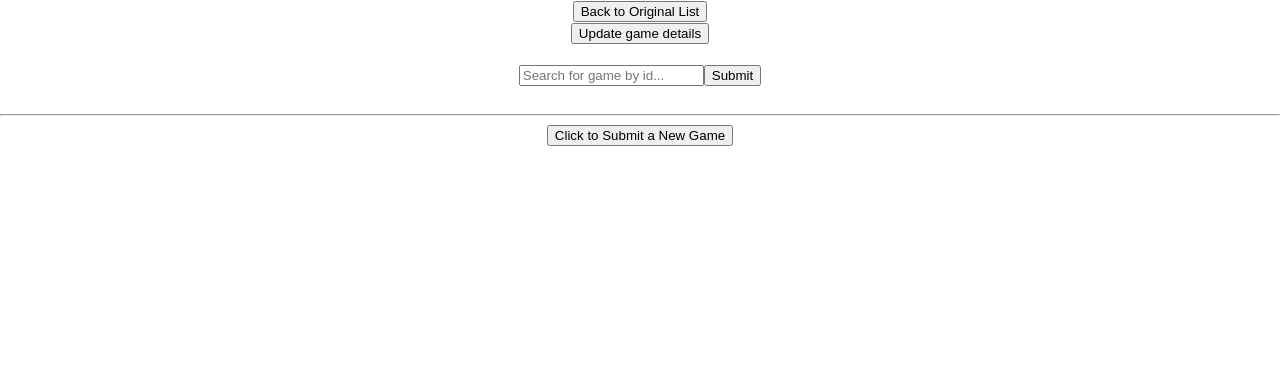
Repository: The-Software-Guild/assessment-2-react-nj10deadend
Page: / (app in Part-2/React-section/frontend/)
The author's editor kept a copy of each file at every save. The page is drawn from the files as they stood at one save, then again after the next save.
The browser window is 1280 px wide. The pictures show the whole page.
The page's requests for data from a server got no answer. The project was rebuilt for these pictures with package versions that can differ from the ones it lists, and the page was loaded fresh each time. No one was signed in, and anything a server would have sent is missing. Also part of the build but not shown: Part-2/React-section/frontend/src/components/GameCards.js.

Above is the page before, as saved 2021-12-19 15:15:38.

### Part-2/React-section/frontend/public/index.html
<!DOCTYPE html>
<html lang="en">
  <head>
    <meta charset="utf-8" />
    <link rel="icon" href="%PUBLIC_URL%/favicon.ico" />
    <meta name="viewport" content="width=device-width, initial-scale=1" />
    <meta name="theme-color" content="#000000" />
    <meta name="viewport" content="initial-scale=1, width=device-width" />
    <meta
      name="description"
      content="Web site created using create-react-app"
    />
    <link rel="apple-touch-icon" href="%PUBLIC_URL%/logo192.png" />
    <!--
      manifest.json provides metadata used when your web app is installed on a
      user's mobile device or desktop. See https://developers.google.com/web/fundamentals/web-app-manifest/
    -->
    <link rel="manifest" href="%PUBLIC_URL%/manifest.json" />
    <!--
      Notice the use of %PUBLIC_URL% in the tags above.
      It will be replaced with the URL of the `public` folder during the build.
      Only files inside the `public` folder can be referenced from the HTML.

      Unlike "/favicon.ico" or "favicon.ico", "%PUBLIC_URL%/favicon.ico" will
      work correctly both with client-side routing and a non-root public URL.
      Learn how to configure a non-root public URL by running `npm run build`.
    -->
    <link
      rel="stylesheet"
      href="https://fonts.googleapis.com/css?family=Roboto:300,400,500,700&display=swap"
    />
    <title>React App</title>
  </head>
  <body>
    <noscript>You need to enable JavaScript to run this app.</noscript>
    <div id="root"></div>
    <!--
      This HTML file is a template.
      If you open it directly in the browser, you will see an empty page.

      You can add webfonts, meta tags, or analytics to this file.
      The build step will place the bundled scripts into the <body> tag.

      To begin the development, run `npm start` or `yarn start`.
      To create a production bundle, use `npm run build` or `yarn build`.
    -->
  </body>
</html>

### Part-2/React-section/frontend/src/index.css
body {
  margin: 0;
  font-family: -apple-system, BlinkMacSystemFont, 'Segoe UI', 'Roboto', 'Oxygen',
    'Ubuntu', 'Cantarell', 'Fira Sans', 'Droid Sans', 'Helvetica Neue',
    sans-serif;
  -webkit-font-smoothing: antialiased;
  -moz-osx-font-smoothing: grayscale;
}

code {
  font-family: source-code-pro, Menlo, Monaco, Consolas, 'Courier New',
    monospace;
}

.imgs {
  height: 250px;
  width: 250px;
}

### Part-2/React-section/frontend/src/App.js
import './App.css';
import Home from './components/Home';
import AddGameForm from './components/AddGameForm';
import GameSearch from './components/GameSearch';
import UpdateGame from './components/UpdateGame';
import axios from 'axios';
import {useState, useEffect} from 'react';

// import Container from '@mui/material/Container';
// import Button from '@mui/material/Button';
// import Typography from '@mui/material/Typography';

function App() {

  const [gameData, setGameData] = useState([]);

  function getFetchGameServer () {
    axios.get(`http://localhost:8080/allGames`)
      .then(res => {
        setGameData(res.data)
      })

  }

  useEffect(getFetchGameServer, []);

  return (
    <div className="App">
      <button onClick={getFetchGameServer}>Back to Original List</button>
      <UpdateGame getFetchGameServer={getFetchGameServer}/>
      <br></br>
      <GameSearch setGameData={setGameData}/>
      <br></br>
      <hr></hr>
      <AddGameForm setGameData={setGameData}/>

      <Home gameData={gameData}/>

    </div>
  );
}

export default App;

### Part-2/React-section/frontend/src/components/Home.js
import GameCards from "./GameCards";


function Home ({gameData}) {

    const renderGameData = gameData.map(eachGame => {
        console.log(eachGame._id);
        return (
            <GameCards key={eachGame._id} eachGame={eachGame} />
        )
    })
    return (
        <div>
            {renderGameData}

        </div>
    )
}

export default Home;

### Part-2/React-section/frontend/src/components/AddGameForm.js
import {useState, useEffect} from 'react';
import axios from 'axios';

function AddGameForm ({setGameData}) {

    const [clicked, setClicked] = useState(false);
    const [submitted, setSubmitted] = useState(false);
    const [name, setName] = useState("");
    const [img, setImg] = useState("");
    const [crossPlatform, setCrossPlatform] = useState(false);
    const [price, setPrice] = useState(0);
    const [genres, setGenres] = useState(["", "", ""]);
    const buttonText = clicked ? "Hide Submission Form" : "Click to Submit a New Game"

    function postRequest() {
        return axios.post('http://localhost:8080/allGames', {
            name: name,
            img: img,
            cross_platform: crossPlatform,
            price: price,
            genres: genres
        })
        .then(function (response) {
            console.log(response);
            return response.data;
        })
        .catch(function (error) {
            console.log(error);
            return null;
        });
    }

    async function onSubmit(event) {
        event.preventDefault();
        setName("");
        setImg("");
        setCrossPlatform("");
        setPrice("");
        setGenres(["", "", ""]);
        const newGame = await postRequest();
        console.log(newGame);
        setGameData((oldInfo)=> {
            console.log(oldInfo)
            return [...oldInfo, newGame]
        })
    }

    return (
        <div>
            <button onClick={() => {setClicked(!clicked)}}>{buttonText}</button>
            {clicked && (
                <form onSubmit={onSubmit}>
                    <div>
                        <label for="name">Name</label>
                        <br></br>
                        <input type="text" name="name" placeholder="Enter name" id="name"
                        value={name} onChange={(event) => {setName(event.target.value)}}/>
                    </div>
                    <div>
                        <label for="img">Image Url</label>
                        <br></br>
                        <input type="text" name="img" placeholder="Enter image URL" id="img"
                        value={img} onChange={(event) => {setImg(event.target.value)}}/>
                    </div>
                    <div>
                        <label for="cross platform">Cross Platform</label>
                        <br></br>
                        <input type="text" name="cross platform" placeholder="Enter true or false" id="cross_platform"
                        value={crossPlatform} onChange={(event) => {setCrossPlatform(event.target.value)}}/>
                    </div>
                    <div>
                        <label for="price">Price</label>
                        <br></br>
                        <input type="text" name="price" placeholder="Enter price of game" id="price"
                        value={price} onChange={(event) => {setPrice(event.target.value)}} />
                    </div>
                    <div>
                        <label for="genres">Genres</label>
                        <br></br>
                        <input type="text" name="genre1" placeholder="Enter first genre category" id="genre1"
                        value={genres[0]} onChange={(event) => {setGenres([event.target.value, genres[1], genres[2]])}}/>
                        <br></br>
                        <input type="text" name="genre2" placeholder="Enter second genre category" id="genre2"
                        value={genres[1]} onChange={(event) => {setGenres([genres[0], event.target.value, genres[2] ])}}/>
                        <br></br>
                        <input type="text" name="genre3" placeholder="Enter third genre category" id="genre3"
                        value={genres[2]} onChange={(event) => {setGenres([genres[0], genres[1], event.target.value])}}/>
                    </div>
                    <input type="submit" value="Submit"/>

                </form>
            )}


        </div>
    )
}

export default AddGameForm;

### Part-2/React-section/frontend/src/components/GameSearch.js
import {useState, useEffect} from 'react';
import axios from 'axios';

function GameSearch ({setGameData}) {

    const [searchId, setSearchId] = useState("");

    function getFetchOneGame () {
        axios.get(`http://localhost:8080/allGames/${searchId}`)
          .then(res => {
            setGameData([res.data])
            // console.log(res.data);
        })

    }

    function onSearch(event) {
        event.preventDefault()
        setSearchId("");
        getFetchOneGame();
    }

    return (
        <div>
            <form onSubmit={onSearch}>
                <input type="text" placeholder="Search for game by id..."
                onChange={(event) => {setSearchId(event.target.value)}}
                value = {searchId}
                />
                <input type="submit" value="Submit" />
            </form>

        </div>
    )
}

export default GameSearch;

### Part-2/React-section/frontend/src/components/UpdateGame.js
import {useState} from 'react';
import axios from 'axios';

function UpdateGame ({getFetchGameServer}) {
    const [name, setName] = useState("");
    const [img, setImg] = useState("");
    const [crossPlatform, setCrossPlatform] = useState("");
    const [price, setPrice] = useState("");
    const [genres, setGenres] = useState(["", "", ""]);

    const [clicked, setClicked] = useState(false);
    const [searchId, setSearchId] = useState("");

    const updateButtonText = clicked ? "Hide Update Form" : "Update game details"

    async function patchRequest () {
        await axios.patch(`http://localhost:8080/allGames/update/${searchId}`,  {
            name: name,
            img: img,
            cross_platform: crossPlatform,
            price: price,
            genres: genres
        })
    }

    async function updateChanges (event) {
        event.preventDefault();
        await patchRequest();
        getFetchGameServer();
        setSearchId("");
        setName("");
        setImg("");
        setCrossPlatform("");
        setPrice("");
    }
    return (
        <div>
            <button onClick={() => {setClicked(!clicked)}}>{updateButtonText}</button>
                {clicked && (
                    <div>
                        <form onSubmit={updateChanges}>
                            <div>
                                <h1>Enter Game ID</h1>
                                <label for="game-id">Game ID</label>
                                <br></br>
                                <input name="game-id" type="text" placeholder="Enter Game ID"
                                onChange={(event) => {setSearchId(event.target.value)}}
                                value = {searchId}
                                />
                            </div>
                            <div>
                                <label for="name">Name</label>
                                <br></br>
                                <input type="text" name="name" placeholder="Enter name" id="name"
                                value={name} onChange={(event) => {setName(event.target.value)}}/>
                            </div>
                            <div>
                                <label for="img">Image Url</label>
                                <br></br>
                                <input type="text" name="img" placeholder="Enter image URL" id="img"
                                value={img} onChange={(event) => {setImg(event.target.value)}}/>
                            </div>
                            <div>
                                <label for="cross platform">Cross Platform</label>
                                <br></br>
                                <input type="text" name="cross platform" placeholder="Enter true or false" id="cross_platform"
                                value={crossPlatform} onChange={(event) => {setCrossPlatform(event.target.value)}}/>
                            </div>
                            <div>
                                <label for="price">Price</label>
                                <br></br>
                                <input type="text" name="price" placeholder="Enter price of game" id="price"
                                value={price} onChange={(event) => {setPrice(event.target.value)}} />
                            </div>
                            <div>
                                <label for="genres">Genres</label>
                                <br></br>
                                <input type="text" name="genre1" placeholder="Enter first genre category" id="genre1"
                                value={genres[0]} onChange={(event) => {setGenres([event.target.value, genres[1], genres[2]])}}/>
                                <br></br>
                                <input type="text" name="genre2" placeholder="Enter second genre category" id="genre2"
                                value={genres[1]} onChange={(event) => {setGenres([genres[0], event.target.value, genres[2] ])}}/>
                                <br></br>
                                <input type="text" name="genre3" placeholder="Enter third genre category" id="genre3"
                                value={genres[2]} onChange={(event) => {setGenres([genres[0], genres[1], event.target.value])}}/>
                            </div>
                            <input type="submit" value="Submit Changes"/>

                        </form>
                    </div>
                )}


        </div>
    )
}

export default UpdateGame;

### Part-2/React-section/frontend/src/components/DeleteGame.js
import axios from 'axios';
import {useState} from 'react';

function DeleteGame ({getFetchGameServer}) {

    const [searchId, setSearchId] = useState("");
    const [clicked, setClicked] = useState(false);

    const deleteText = clicked ? "Hide Delete Form" : "Delete Game"

    async function deleteGame () {
        await axios.delete(`http://localhost:8080/allGames/update/${searchId}`)
    }

    async function onSubmit (event) {
        event.preventDefault();
        await deleteGame();
        getFetchGameServer();

    }

    return (
        <div>
            <button>{deleteText}</button>
            <form onSubmit={onSubmit}>
                <div>
                    <h1>Enter Game ID</h1>
                    <label for="game-id">Game ID</label>
                    <br></br>
                    <input name="game-id" type="text" placeholder="Enter Game ID"
                    onChange={(event) => {setSearchId(event.target.value)}}
                    value = {searchId}
                    />
                </div>
                <div>
                    <input type="submit" value="Delete Game"/>
                </div>
            </form>


        </div>
    )
}

export default DeleteGame;

Loaded but not shown: Part-2/React-section/frontend/src/index.js (common file); Part-2/React-section/frontend/src/reportWebVitals.js (common file); Part-2/React-section/frontend/src/App.css (common file)

After the next save:
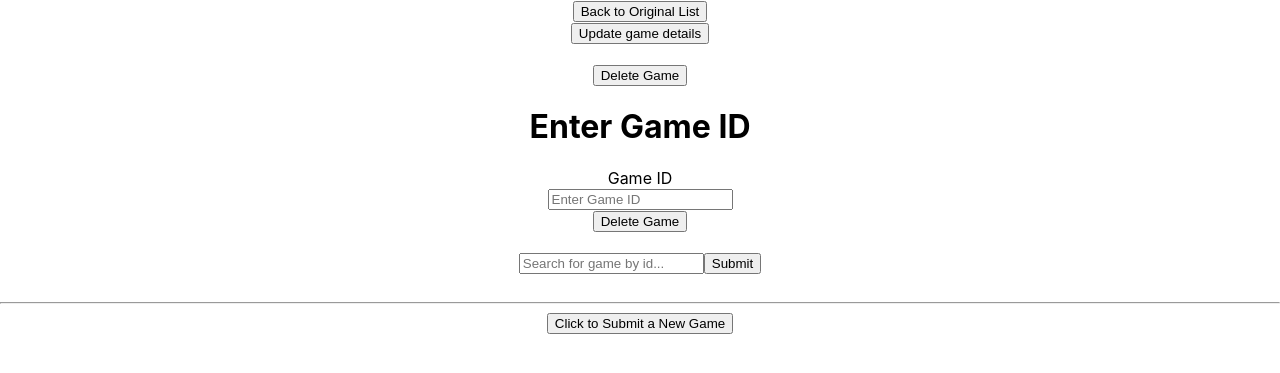
Saved 1 s later.
--- a/Part-2/React-section/frontend/src/App.js
+++ b/Part-2/React-section/frontend/src/App.js
@@ -3,6 +3,7 @@ import Home from './components/Home';
 import AddGameForm from './components/AddGameForm';
 import GameSearch from './components/GameSearch';
 import UpdateGame from './components/UpdateGame';
+import DeleteGame from './components/DeleteGame';
 import axios from 'axios';
 import {useState, useEffect} from 'react';
 
@@ -29,6 +30,8 @@ function App() {
       <button onClick={getFetchGameServer}>Back to Original List</button>
       <UpdateGame getFetchGameServer={getFetchGameServer}/>
       <br></br>
+      <DeleteGame getFetchGameServer={getFetchGameServer} />
+      <br></br>
       <GameSearch setGameData={setGameData}/>
       <br></br>
       <hr></hr>
